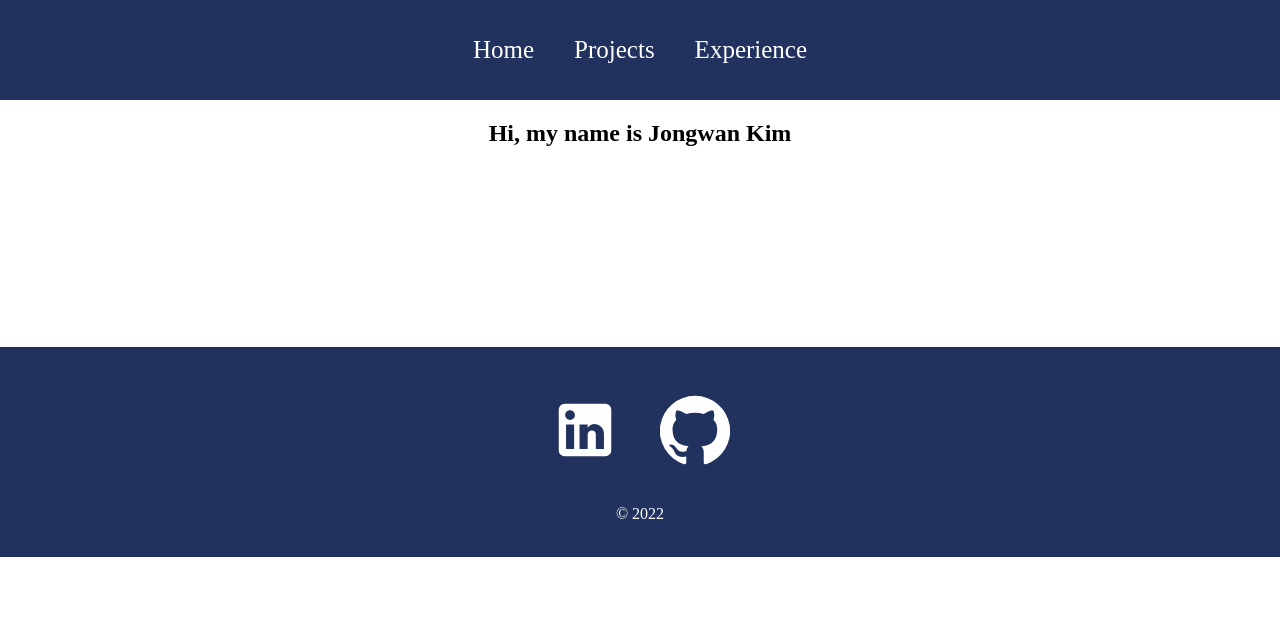
Repository: mireu-san/jw-personal-page
Page: /
The author's editor kept a copy of each file at every save. The page is drawn from the files as they stood at one save, then again after the next save.
The browser window is 1280 px wide. The pictures show the whole page.
The project was rebuilt for these pictures with package versions that can differ from the ones it lists, and the page was loaded fresh each time. Also part of the build but not shown: src/pages/Experience.js, src/pages/Projects.js.

Above is the page before, as saved 2022-11-09 17:10:47.

### src/App.js
import "./App.css";
import { BrowserRouter as Router, Routes, Route } from "react-router-dom";
import Home from "./pages/Home";
import Experience from "./pages/Experience";
import Projects from "./pages/Projects";
import Navbar from "./components/Navbar";
import Footer from "./components/Footer";

function App() {
  return (
    <div className="App">
      <Router>
        {/* #1 차이점? */}
        <Navbar />
        <Routes>
          <Route path="/" element={<Home />} />
          <Route path="/projects" element={<Projects />} />
          <Route path="/experience" element={<Experience />} />
        </Routes>
        <Footer />
      </Router>
    </div>
  );
}

export default App;

### src/App.css
/* recommended default setting */
.App {
  text-align: center;
}

body {
  padding: 0;
  margin: 0;
}


/* end of recommended default setting */

### src/pages/Home.js
import React from "react";

function Home() {
  return (
    <div className="home">
      <div className="about"> </div>
      <div className="about">
        <h2>Hi, my name is Jongwan Kim</h2>
      </div>
      <div className="skills"> </div>
    </div>
  );
}

export default Home;

### src/components/Navbar.js
import React, { useEffect, useState } from "react";
import { Link, useLocation } from "react-router-dom";
import "../styles/Navbar.css";
import ReorderIcon from "@material-ui/icons/Reorder";

function Navbar() {
  const [expandNavbar, setExpandNavbar] = useState(false);

  // to let it close when user click mobile menu category
  const location = useLocation();

  useEffect(() => {
    setExpandNavbar(false);
  }, [location]);

  return (
    <div className="navbar" id={expandNavbar ? "open" : "close"}>
      <div className="toggleButton">
        {/* toggle button for mobile */}
        <button
          onClick={() => {
            setExpandNavbar((prev) => !prev);
          }}
        >
          <ReorderIcon />
        </button>
      </div>
      <div className="links">
        <Link to="/"> Home </Link>
        <Link to="/projects"> Projects </Link>
        <Link to="/experience"> Experience </Link>
      </div>
    </div>
  );
}

export default Navbar;

### src/components/Footer.js
import React from "react";
import LinkedInIcon from "@material-ui/icons/LinkedIn";
import GithubIcon from "@material-ui/icons/GitHub";
import "../styles/Footer.css";

function Footer() {
  return (
    <div className="footer">
      <div className="socialMedia">
        <LinkedInIcon />
        <GithubIcon />
      </div>
      <p> &copy; 2022 </p>
    </div>
  );
}

export default Footer;

### src/styles/Navbar.css
.navbar {
    width: 100%;
    height: 100px;
    background: #21325e;
  }

  .links {
    width: 100%;
    height: 100%;
    display: flex;
    align-items: center;
    justify-content: center;
    color: white;
  }

  .navbar a {
    color: white;
    text-decoration: none;
    margin: 20px;
    font-size: 25px;
  }

  .toggleButton {
    width: 100%;
    height: 100px;
    display: flex;
    align-items: center;
    justify-content: flex-end;
  }

  .toggleButton svg {
    font-size: 50px;
  }

  /* toggle button for mobile */
  .toggleButton button {
    margin-right: 20px;
    background-color: transparent;
    border: none;
    color: white;
    cursor: pointer;
  }

  #open {
    height: 100vh;
  }

  #open .links {
    flex-direction: column;
    justify-content: flex-start;
    margin-top: 100px;
  }

  #open a {
    width: 100%;
    text-align: center;
  }

  @media only screen and (max-width: 900px) {
    .navbar a {
      width: 70px;
    }
  }

  @media only screen and (max-width: 600px) {
    .toggleButton {
      display: flex;
    }
    #close a {
      display: none;
    }
  }

  @media only screen and (min-width: 600px) {
    .toggleButton {
      display: none;
    }

    .hiddenLinks {
      display: none;
    }

    #open {
      height: 100px;
    }

    #open .links {
      flex-direction: row;
    }
  }

Loaded but not shown: public/index.html (common file); src/index.js (common file); src/reportWebVitals.js (common file); src/styles/Footer.css (common file)

After the next save:
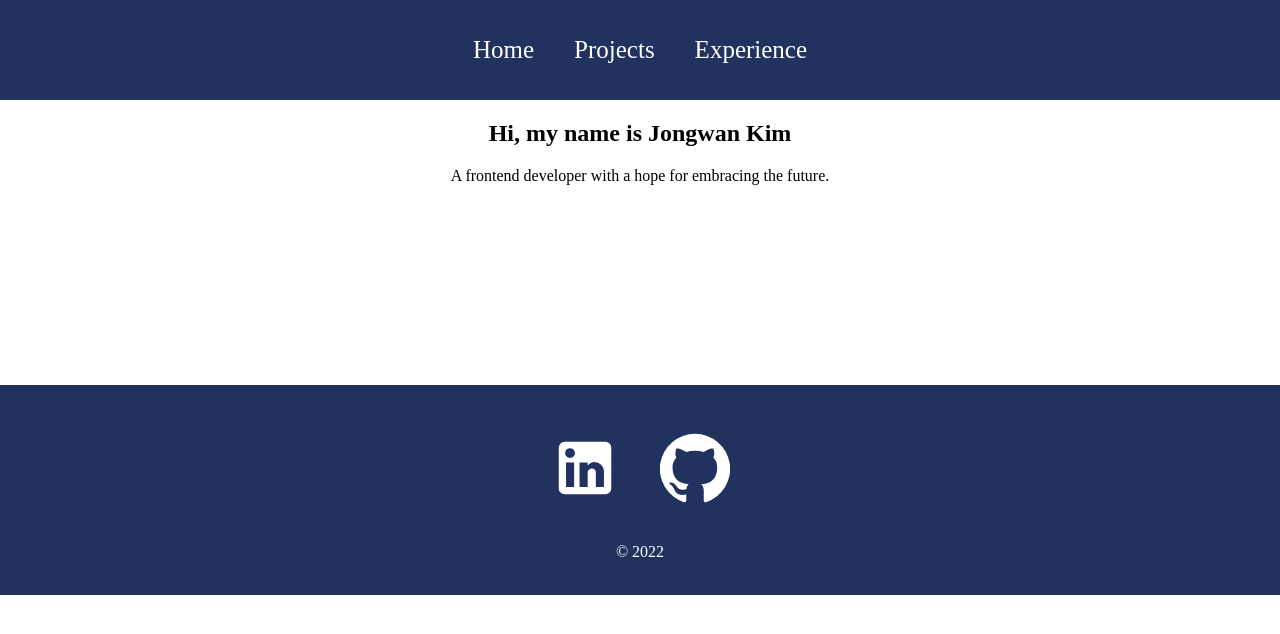
Saved 60 s later.
--- a/src/pages/Home.js
+++ b/src/pages/Home.js
@@ -6,6 +6,10 @@ function Home() {
       <div className="about"> </div>
       <div className="about">
         <h2>Hi, my name is Jongwan Kim</h2>
+        <div className="prompt">
+          {" "}
+          <p> A frontend developer with a hope for embracing the future. </p>
+        </div>
       </div>
       <div className="skills"> </div>
     </div>
